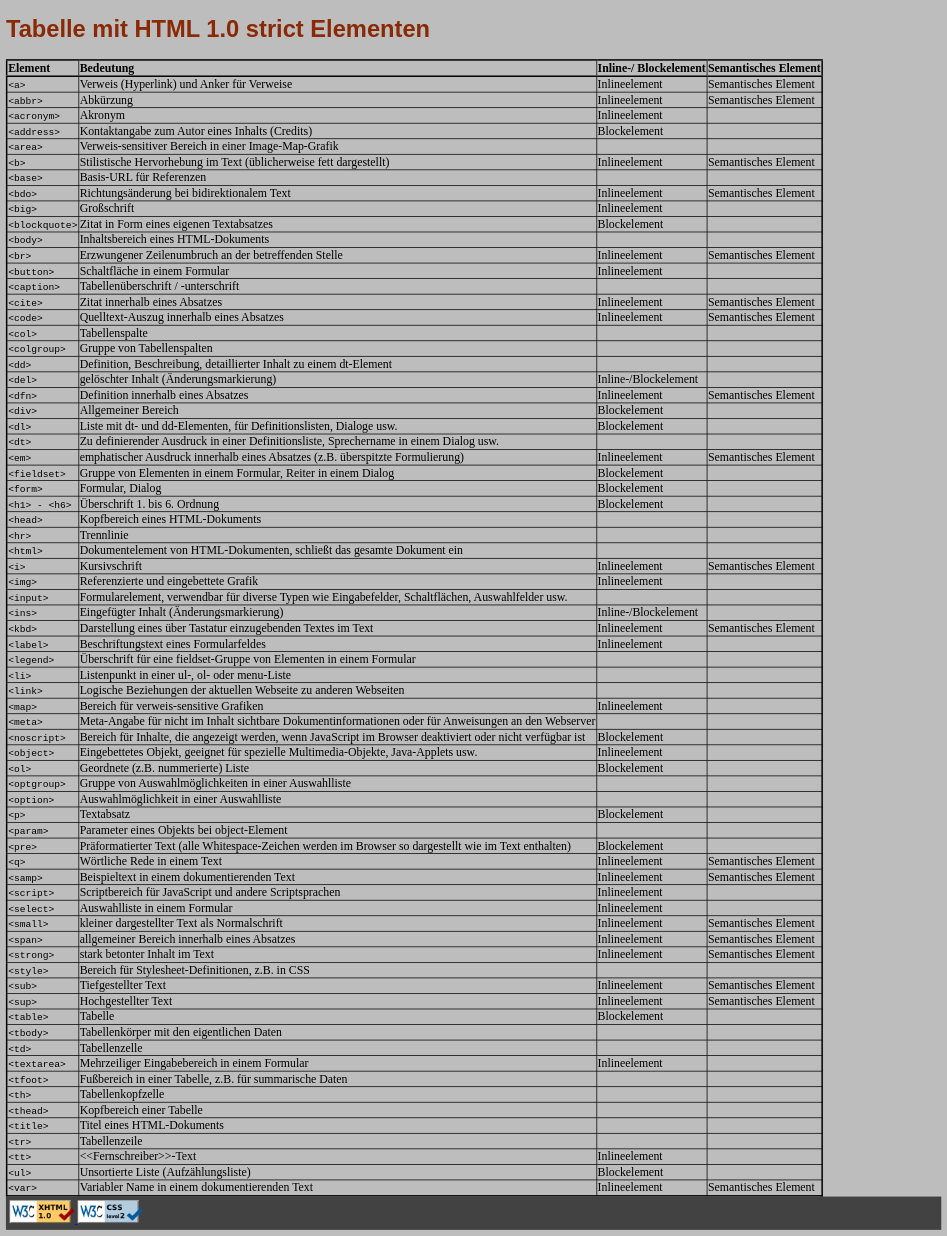
Repository: pLurchi/MyWebengineeringRepo
Page: RemoteSystemsTempFiles/HA-Kapitel06/WebContent/index.html
These files come from the project's save history. The page is drawn as it stood at one moment and after the next save; the edit follows.
The browser window is 1280 px wide. The pictures show the whole page, at 74% of full size.

Above is the page before, as saved 2013-11-30 10:27:08.

After the next save:
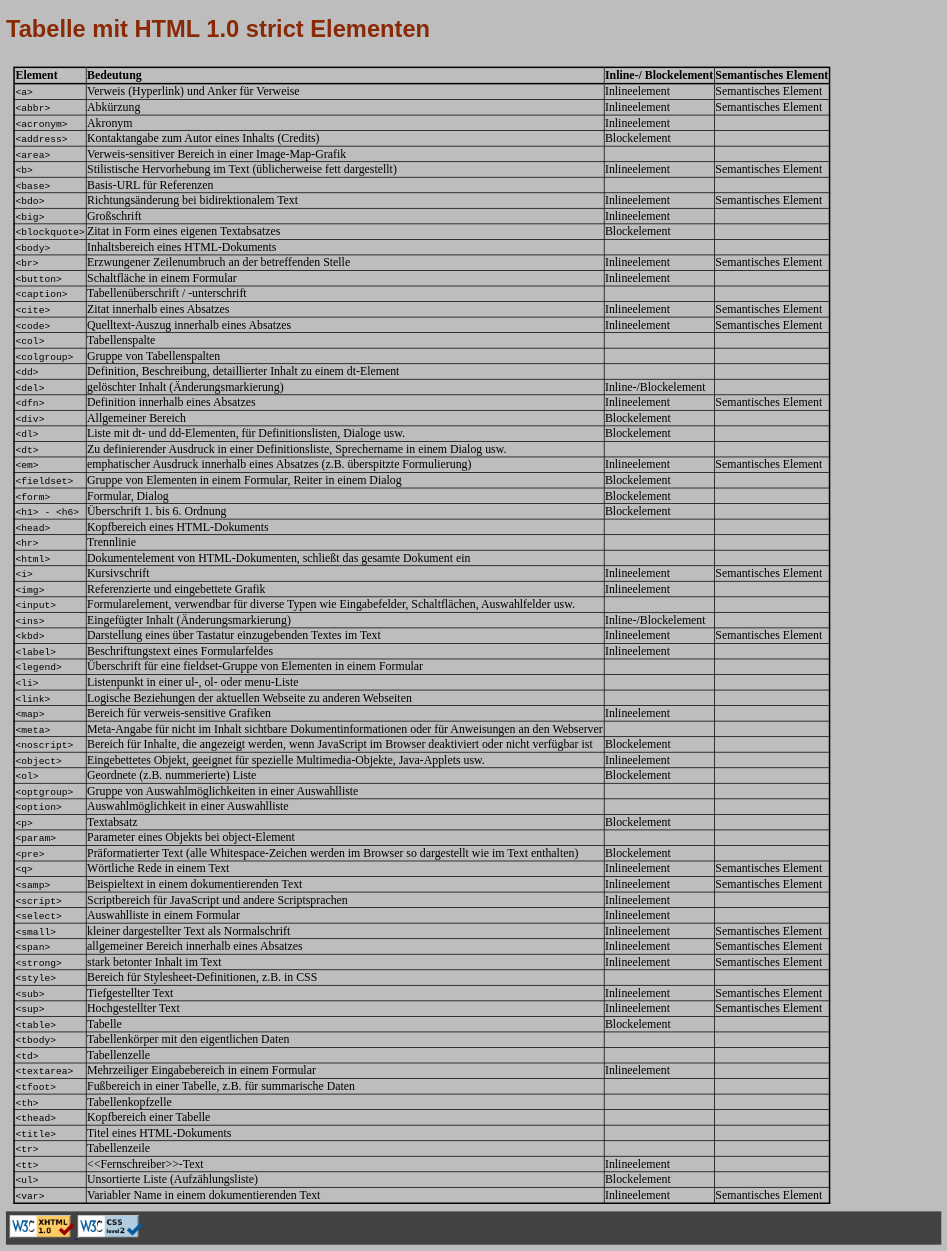
Saved 18 s later.
--- a/RemoteSystemsTempFiles/HA-Kapitel06/WebContent/CSS/stylesheet.css
+++ b/RemoteSystemsTempFiles/HA-Kapitel06/WebContent/CSS/stylesheet.css
@@ -21,6 +21,7 @@ body {
 #bodydiv {
 	display:block;
 	margin:auto;
+	padding:10px;
 }
 
 #footerdiv {
